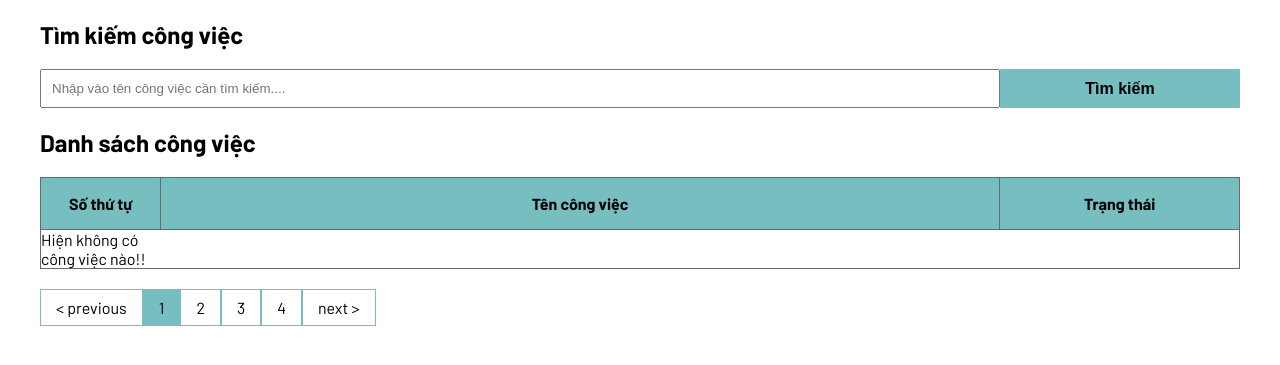
Repository: OkazakiTruong/searchReact
Page: /
The author's editor kept a copy of each file at every save. The page is drawn from the files as they stood at one save, then again after the next save.
The browser window is 1280 px wide. The pictures show the whole page.
The page's requests for data from a server got no answer. The project was rebuilt for these pictures with package versions that can differ from the ones it lists, and the page was loaded fresh each time. No one was signed in, and anything a server would have sent is missing. Also part of the build but not shown: vite.config.js.

Above is the page before, as saved 2024-01-11 18:58:58.

### src/App.jsx
import React from "react";
import { SearchAppContainer } from "./SearchApp/SearchAppContainer";
import { Pagination } from "./SearchApp/Pagination/Pagination";

export const App = () => {
  return (
    <div className="app">
      <SearchAppContainer />
      <Pagination />
    </div>
  );
};

### src/index.css
@import url("https://fonts.googleapis.com");
@import url("https://fonts.gstatic.com");
@import url("https://fonts.googleapis.com/css2?family=Barlow:ital,wght@0,100;0,200;0,300;0,400;0,500;0,600;0,700;0,800;0,900;1,100;1,200;1,300;1,400;1,500;1,600;1,700;1,800;1,900&display=swap");

* {
  padding: 0;
  margin: 0;
  box-sizing: border-box;
}

body {
  font-family: "Barlow", sans-serif;
}
ul,
li {
  list-style: none;
}

.app {
  max-width: 1250px;
  padding: 0 25px;
  margin: 0 auto;
}

### src/SearchApp/SearchAppContainer.jsx
import React, { useCallback, useEffect, useState } from "react";
import { ListTodo } from "./Todo/ListTodo";
import { Search } from "./Search/Search";

export const SearchAppContainer = () => {
  const [todos, setTodos] = useState(null);
  useEffect(() => {
    //fetch api
    fetch("https://jsonplaceholder.typicode.com/todos?_page=1", {
      method: "GET",
      headers: {
        "Content-type": "application/json",
      },
    })
      .then((response) => {
        console.log(response);
        return response.json();
      })
      .then((data) => {
        console.log(data);
        setTodos(data);
      });
  }, []);
  return (
    <div>
      <Search />
      <ListTodo todos={todos} />
    </div>
  );
};

### src/SearchApp/Pagination/Pagination.jsx
import React from "react";
import ReactPaginate from "react-paginate";
import "./pagination.css";

export const Pagination = () => {
  const handlePageClick = () => {};

  return (
    <div className="pagination-container">
      <ReactPaginate
        nextLabel="next >"
        onPageChange={handlePageClick}
        pageRangeDisplayed={3}
        marginPagesDisplayed={2}
        pageCount={4}
        previousLabel="< previous"
        pageClassName="page-item"
        pageLinkClassName="page-link"
        previousClassName="page-item"
        previousLinkClassName="page-link"
        nextClassName="page-item"
        nextLinkClassName="page-link"
        breakLabel="..."
        breakClassName="page-item"
        breakLinkClassName="page-link"
        containerClassName="pagination"
        activeClassName="active"
        renderOnZeroPageCount={null}
      />
    </div>
  );
};

### src/SearchApp/Todo/ListTodo.jsx
import React from "react";
import "./listTodo.css";

export const ListTodo = ({ todos }) => {
  return (
    <>
      <h2>Danh sách công việc</h2>
      <table>
        <tbody>
          <tr>
            <th className="numerical-order">Số thứ tự</th>
            <th className="todo-name">Tên công việc</th>
            <th className="status">Trạng thái</th>
          </tr>
          {!todos
            ? "Hiện không có công việc nào!!"
            : todos.map((todo, index) => (
                <tr key={todo.id}>
                  <td>{++index}</td>
                  <td>{todo.title}</td>
                  <td>
                    {todo.completed ? "Đã hoàn thành" : "Chưa hoàn thành"}
                  </td>
                </tr>
              ))}
        </tbody>
      </table>
    </>
  );
};

### src/SearchApp/Search/Search.jsx
import React from "react";
import "./Search.css";

export const Search = () => {
  return (
    <div className="search-container">
      <h2>Tìm kiếm công việc</h2>
      <form action="#">
        <div className="search-bar">
          <input
            type="text"
            placeholder="Nhập vào tên công việc cần tìm kiếm...."
          />
          <button>Tìm kiếm</button>
        </div>
      </form>
    </div>
  );
};

### src/SearchApp/Pagination/pagination.css
.pagination-container {
  margin: 20px 0 !important;
}
.pagination {
  display: flex;
}
.pagination ul,
li {
  border: 1px solid #77bec0;
  padding: 8px 15px;
  cursor: pointer;
  user-select: none;
}

.pagination ul,
li:hover {
  background-color: #ccc;
}

.active {
  background-color: #77bec0;
}

### src/SearchApp/Todo/listTodo.css
table {
  width: 100%;
}
table,
th,
td {
  border: 1px solid #696969;
  border-collapse: collapse;
}
th,
td {
  padding: 16px;
}
th {
  background-color: #77bec0;
}
th.todo-name {
  width: 70%;
}
th.numeric-order {
  width: 10%;
}
th.status {
  width: 20%;
}

h2 {
  margin-bottom: 20px;
}

### src/SearchApp/Search/Search.css
.search-container {
  margin: 20px 0;
}
.search-bar {
  display: flex;
  width: 100%;
}
input {
  width: 80%;
  padding: 10px;
}
button {
  width: 20%;
  cursor: pointer;
  background-color: #77bec0;
  border: #77bec0;
  font-weight: 600;
  font-size: 16px;
}

Loaded but not shown: index.html (common file); src/main.jsx (common file)

After the next save:
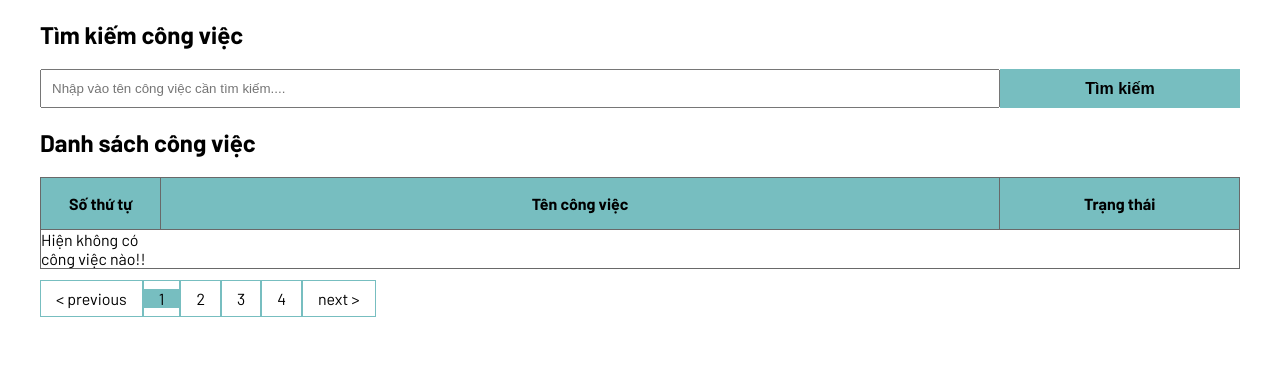
Saved 30 s later.
--- a/src/SearchApp/Pagination/pagination.css
+++ b/src/SearchApp/Pagination/pagination.css
@@ -4,8 +4,7 @@
 .pagination {
   display: flex;
 }
-.pagination ul,
-li {
+.pagination .page-link {
   border: 1px solid #77bec0;
   padding: 8px 15px;
   cursor: pointer;

After the 2 saves that followed:
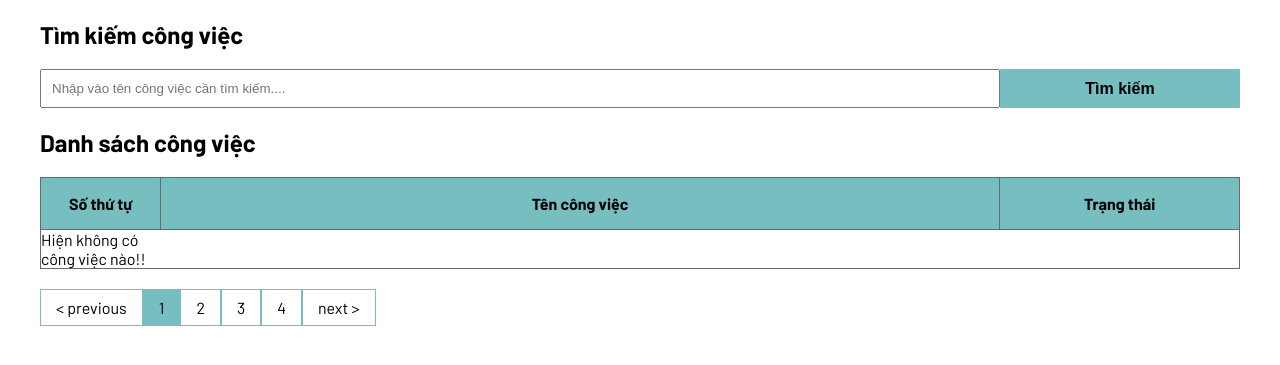
The 2 saves are shown as one change because 1 left the picture as it was.
The last was saved 50 s later.
--- a/src/SearchApp/Pagination/pagination.css
+++ b/src/SearchApp/Pagination/pagination.css
@@ -6,13 +6,13 @@
 }
 .pagination .page-link {
   border: 1px solid #77bec0;
+  display: block;
   padding: 8px 15px;
   cursor: pointer;
   user-select: none;
 }
 
-.pagination ul,
-li:hover {
+.pagination .page-link:hover {
   background-color: #ccc;
 }
 
